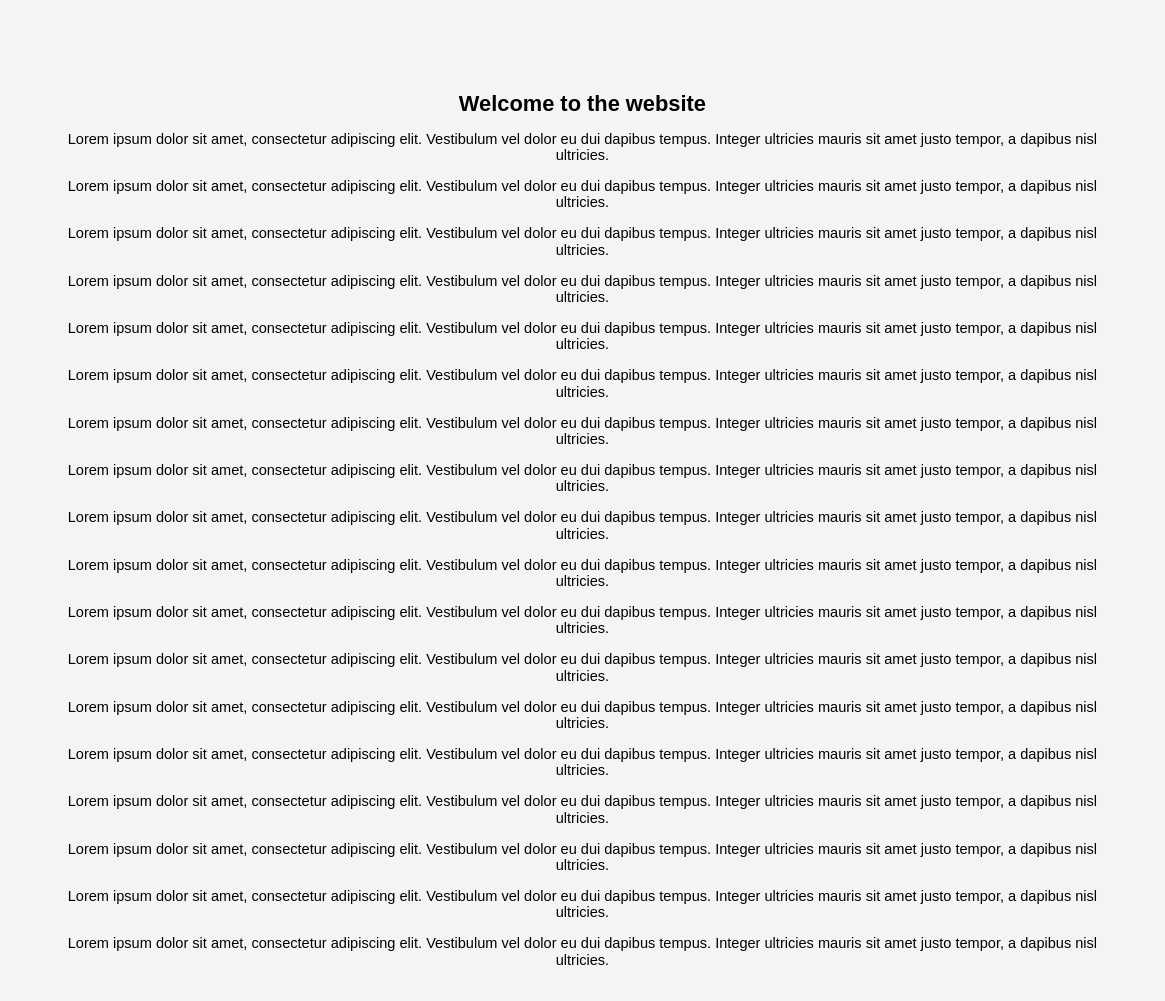
Repository: JoyMoGas/HelujaArc
Page: http://localhost/
These files come from the project's save history. The page is drawn as it stood at one moment and after the next save; the edit follows.
The browser window is 1280 px wide. The pictures show the part of the page from y = 500 to 1600 px (the page is 1600 px tall before and 1236 px after), at 91% of full size.
Backgrounds fixed to the window are drawn as part of the page. The page is served by the project's application, run on Flask 3 (run.py).

Above is the page before, as saved 2024-08-11 17:19:21.

### templates/index.html
<!DOCTYPE html>
<html lang="en">
<head>
    <meta charset="UTF-8">
    <meta name="viewport" content="width=device-width, initial-scale=1.0">
    <title>Document</title>
    <link rel="stylesheet" href="{{ url_for('static', filename='style.css') }}">
</head>
<body>
    <header class="navbar">
        <div class="navbar-content">
            <img id="logo" src="{{ url_for('static', filename='logo.png') }}" alt="Logo">
            <nav>
                <ul>
                    <li><a href="#">Home</a></li>
                    <li><a href="#">About</a></li>
                    <li><a href="#">Contact</a></li>
                </ul>
            </nav>
        </div>
    </header>
    <div id="demoBox">

    </div>
    <main>

        <section class="content">

            <h1>Welcome to the website</h1>
            <!-- Content goes here -->
            <p>Lorem ipsum dolor sit amet, consectetur adipiscing elit. Vestibulum vel dolor eu dui dapibus tempus. Integer ultricies mauris sit amet justo tempor, a dapibus nisl ultricies.</p>
            <p>Lorem ipsum dolor sit amet, consectetur adipiscing elit. Vestibulum vel dolor eu dui dapibus tempus. Integer ultricies mauris sit amet justo tempor, a dapibus nisl ultricies.</p>
            <p>Lorem ipsum dolor sit amet, consectetur adipiscing elit. Vestibulum vel dolor eu dui dapibus tempus. Integer ultricies mauris sit amet justo tempor, a dapibus nisl ultricies.</p>
            <p>Lorem ipsum dolor sit amet, consectetur adipiscing elit. Vestibulum vel dolor eu dui dapibus tempus. Integer ultricies mauris sit amet justo tempor, a dapibus nisl ultricies.</p>
            <p>Lorem ipsum dolor sit amet, consectetur adipiscing elit. Vestibulum vel dolor eu dui dapibus tempus. Integer ultricies mauris sit amet justo tempor, a dapibus nisl ultricies.</p>
            <p>Lorem ipsum dolor sit amet, consectetur adipiscing elit. Vestibulum vel dolor eu dui dapibus tempus. Integer ultricies mauris sit amet justo tempor, a dapibus nisl ultricies.</p>
            <p>Lorem ipsum dolor sit amet, consectetur adipiscing elit. Vestibulum vel dolor eu dui dapibus tempus. Integer ultricies mauris sit amet justo tempor, a dapibus nisl ultricies.</p>
            <p>Lorem ipsum dolor sit amet, consectetur adipiscing elit. Vestibulum vel dolor eu dui dapibus tempus. Integer ultricies mauris sit amet justo tempor, a dapibus nisl ultricies.</p>
            <p>Lorem ipsum dolor sit amet, consectetur adipiscing elit. Vestibulum vel dolor eu dui dapibus tempus. Integer ultricies mauris sit amet justo tempor, a dapibus nisl ultricies.</p>
            <p>Lorem ipsum dolor sit amet, consectetur adipiscing elit. Vestibulum vel dolor eu dui dapibus tempus. Integer ultricies mauris sit amet justo tempor, a dapibus nisl ultricies.</p>
            <p>Lorem ipsum dolor sit amet, consectetur adipiscing elit. Vestibulum vel dolor eu dui dapibus tempus. Integer ultricies mauris sit amet justo tempor, a dapibus nisl ultricies.</p>
            <p>Lorem ipsum dolor sit amet, consectetur adipiscing elit. Vestibulum vel dolor eu dui dapibus tempus. Integer ultricies mauris sit amet justo tempor, a dapibus nisl ultricies.</p>
            <p>Lorem ipsum dolor sit amet, consectetur adipiscing elit. Vestibulum vel dolor eu dui dapibus tempus. Integer ultricies mauris sit amet justo tempor, a dapibus nisl ultricies.</p>
            <p>Lorem ipsum dolor sit amet, consectetur adipiscing elit. Vestibulum vel dolor eu dui dapibus tempus. Integer ultricies mauris sit amet justo tempor, a dapibus nisl ultricies.</p>
            <p>Lorem ipsum dolor sit amet, consectetur adipiscing elit. Vestibulum vel dolor eu dui dapibus tempus. Integer ultricies mauris sit amet justo tempor, a dapibus nisl ultricies.</p>
            <p>Lorem ipsum dolor sit amet, consectetur adipiscing elit. Vestibulum vel dolor eu dui dapibus tempus. Integer ultricies mauris sit amet justo tempor, a dapibus nisl ultricies.</p>
            <p>Lorem ipsum dolor sit amet, consectetur adipiscing elit. Vestibulum vel dolor eu dui dapibus tempus. Integer ultricies mauris sit amet justo tempor, a dapibus nisl ultricies.</p>
            <p>Lorem ipsum dolor sit amet, consectetur adipiscing elit. Vestibulum vel dolor eu dui dapibus tempus. Integer ultricies mauris sit amet justo tempor, a dapibus nisl ultricies.</p>
        </section>
    </main>
    <script src="{{ url_for('static', filename='scripts.js') }}"></script>
</body>
</html>

### static/style.css
/* Reset de márgenes y padding */
body, h1, ul, li {
    margin: 0;
    padding: 0;
}

/* Estilo para el cuerpo */
body {
    font-family: Arial, sans-serif;
    padding-top: 100px; /* Ajusta según el tamaño de la navbar */
    margin: 0;
    display: flex;
    justify-content: center;
    align-items: flex-start;
    height: 100vh; /* Ocupa toda la altura visible */
    background: #f4f4f4;
}

/* Estilo para la navbar */
.navbar {
    position: fixed;
    top: 0;
    left: 0;
    width: 100%;
    background-color: transparent; /* La navbar es transparente por defecto */
    color: #fff;
    display: flex;
    justify-content: center;
    align-items: center;
    transition: background-color 0.3s ease;
    z-index: 1000;
    box-sizing: border-box;
}

.navbar.scrolled {
    background-color: #333; /* Cambia a un color sólido cuando haces scroll */
}

/* Contenido de la navbar */
.navbar-content {
    display: flex;
    justify-content: space-between;
    align-items: center;
    width: 100%;
    max-width: 1200px;
    padding: 0px;
    padding-left: 0px;
    box-sizing: border-box;
    transition: padding 0.3s ease; /* Transición para suavizar el cambio de padding */
}

/* Estilo cuando se ha hecho scroll y el logo está en la navbar */
.navbar.scrolled .navbar-content {
    padding: 0px; /* Reduce el padding cuando se hace scroll */
    padding-left: 0px; /* Elimina el padding en la izquierda */
}

/* Logo en la navbar */
.navbar img {
    padding-top: 0;
    height: 60px; /* Ajusta el tamaño del logo en la navbar */
    transition: height 1.5s, transform 1.5s; /* Transiciones simultáneas */
}

/* Estilo para los enlaces de la navbar */
.navbar nav ul {
    display: flex;
    list-style-type: none;
    margin: 0;
    padding-top: 30px;
    padding-bottom: 30px;
}

.navbar nav ul li {
    margin-left: 20px;
}

.navbar nav ul li a {
    color: #fff;
    text-decoration: none;
}

/* Estilo para el contenido del body */
.content {
    text-align: center; /* Centra el texto y otros elementos dentro del contenedor */
    width: 100%;
    max-width: 1200px; /* Asegura que el contenido no se estire demasiado */
    margin-top: 80px; /* Asegura que el contenido esté por debajo de la navbar */
    padding: 20px; /* Ajusta el padding según sea necesario */
    box-sizing: border-box;
    margin-top: 30em;
}

/* Logo en el cuerpo */
#logo {
    position: absolute;
    top: 110px;
    left: 50%;
    transform: translateX(-50%);
    height: 300px;
    transition: top 1.5s, left 1.5s, height 1.5s, transform 1.5s;
}


#demoBox {
    position: absolute;
    top: 0;
    left: 0;
    width: 100%;
    height: 500px; /* La imagen cubrirá la altura completa de la ventana */
    background-image: url("https://images.unsplash.com/photo-1529673203658-56306382b724?auto=format&fit=crop&w=1000&q=80&ar=16:9");
    background-size: cover;
    background-attachment: fixed;
    z-index: 1; /* Esto asegura que la imagen esté por debajo de la navbar */
}

### static/scripts.js
"use strict";
document.addEventListener('DOMContentLoaded', () => {
    window.scrollTo(0, 0);
    const logo = document.getElementById('logo');
    const handleScroll = () => {
        if (window.scrollY > 50) {
            logo.style.position = 'fixed';
            logo.style.top = '0px';
            logo.style.left = '120px';
            logo.style.height = '100px';
            logo.style.transform = 'translateX(0) scale(0.6)';
        }
        else {
            logo.style.position = 'absolute';
            logo.style.top = '250px';
            logo.style.left = '50%';
            logo.style.transform = 'translateX(-50%) scale(1)';
            logo.style.height = '250px';
        }
    };
    window.addEventListener('scroll', handleScroll);
    // Inicializa el estado del logotipo
    handleScroll();
});
window.addEventListener('scroll', () => {
    const navbar = document.querySelector('.navbar');
    if (window.scrollY > 50) {
        navbar.classList.add('scrolled');
    }
    else {
        navbar.classList.remove('scrolled');
    }
});
window.addEventListener('beforeunload', () => {
    window.scrollTo(0, 0);
});

Loaded but not shown: run.py (common file)

After the next save:
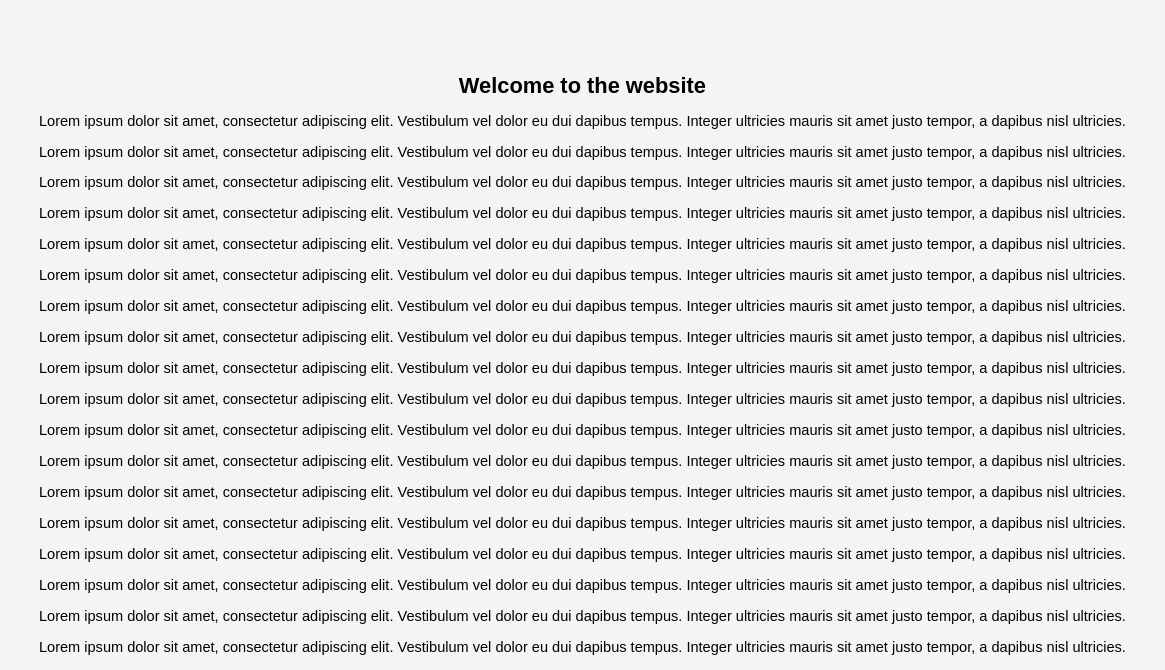
Saved 39 s later.
--- a/static/style.css
+++ b/static/style.css
@@ -86,7 +86,7 @@
     width: 100%;
     max-width: 1200px; /* Asegura que el contenido no se estire demasiado */
     margin-top: 80px; /* Asegura que el contenido esté por debajo de la navbar */
-    padding: 20px; /* Ajusta el padding según sea necesario */
+    /*padding: 20px; /* Ajusta el padding según sea necesario */
     box-sizing: border-box;
     margin-top: 30em;
 }
